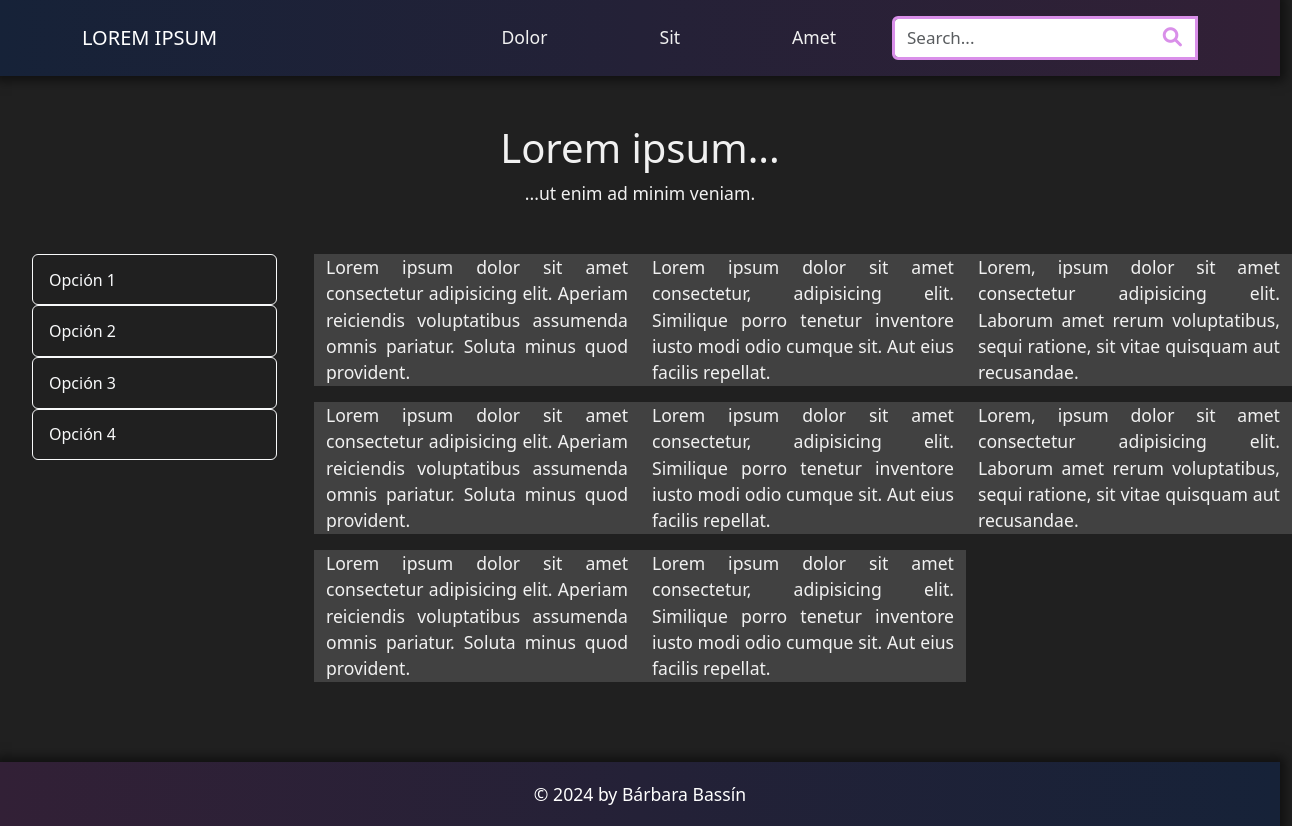
Repository: romancegirl/responsiveness
Page: index.html
The author's editor kept a copy of each file at every save. The page is drawn from the files as they stood at one save, then again after the next save.
The browser window is 1280 px wide. The page is 1292 px wide, so the pictures cover 1292 px, including what lies to the right of the window. The pictures show the whole page.

Above is the page before, as saved 2024-11-29 21:32:47.

### index.html
<!DOCTYPE html>
<html lang="en">

<head>
    <meta charset="UTF-8">
    <meta name="viewport" content="width=device-width, initial-scale=1.0">
    <title>Responsiveness - Bárbara Bassín</title>
    <link href="https://cdn.jsdelivr.net/npm/bootstrap@5.3.0/dist/css/bootstrap.min.css" rel="stylesheet">
    <link rel="stylesheet" href="https://cdnjs.cloudflare.com/ajax/libs/font-awesome/6.0.0-beta3/css/all.min.css">
    <link rel="stylesheet" href="css/header-and-footer.css">
    <link rel="stylesheet" href="css/styles.css">
</head>

<body>
    <!-- Header -->
    <header class="py-2">
        <div class="container d-flex align-items-center justify-content-between" id="profile">
            <h5 class="m-0">LOREM IPSUM</h5>
            <nav class="navbar navbar-expand-lg">
                <button class="navbar-toggler" type="button" data-bs-toggle="collapse" data-bs-target="#navbarNav"
                    aria-controls="navbarNav" aria-expanded="false" aria-label="Toggle navigation">
                    <i class="fas fa-bars"></i>
                </button>
                <div class="collapse navbar-collapse" id="navbarNav">
                    <ul class="navbar-nav">
                        <li class="nav-item"><a class="nav-link">Dolor</a></li>
                        <li class="nav-item"><a class="nav-link">Sit</a></li>
                        <li class="nav-item"><a class="nav-link">Amet</a></li>
                        <li class="nav-item dropdown d-lg-none">
                            <a class="nav-link dropdown-toggle" href="#" id="dropdownMenuButton" role="button"
                                data-bs-toggle="dropdown" aria-expanded="false">
                                Opciones
                            </a>
                            <ul class="dropdown-menu" aria-labelledby="dropdownMenuButton">
                                <li><button type="button" class="dropdown-item">Opción 1</button></li>
                                <li><button type="button" class="dropdown-item">Opción 2</button></li>
                                <li><button type="button" class="dropdown-item">Opción 3</button></li>
                                <li><button type="button" class="dropdown-item">Opción 4</button></li>
                            </ul>
                        </li>
                        <li>
                            <div class="search-container">
                                <form action="/action_page.php">
                                    <div class="input-group">
                                        <input type="text" class="form-control" placeholder="Search..." name="search">
                                        <button type="submit" class="btn">
                                            <i class="fa fa-search"></i>
                                        </button>
                                    </div>
                                </form>
                            </div>
                        </li>
                    </ul>
                </div>
            </nav>
        </div>
    </header>



    <!-- Main -->
    <main class="containerMain my-5">
        <div>
            <h1>Lorem ipsum...</h1>
            <div id="textCarousel" class="carousel slide" data-bs-ride="carousel" data-bs-interval="2000">
                <div class="carousel-inner">
                    <div class="carousel-item active">
                        <p>...olor sit amet, consectetur adipiscing elit...</p>
                    </div>
                    <div class="carousel-item">
                        <p>...sed do eiusmod tempor incididunt ut labore...</p>
                    </div>
                    <div class="carousel-item">
                        <p>...ut enim ad minim veniam.</p>
                    </div>
                </div>
            </div>
        </div>


        <div class="containerMain inside">
            <div class="row">
                <div class="col-lg-3 d-none d-lg-block" id="options">
                    <ul>
                        <li><button type="button" class="btn btn-outline-light">Opción 1</button></li>
                        <li><button type="button" class="btn btn-outline-light">Opción 2</button></li>
                        <li><button type="button" class="btn btn-outline-light">Opción 3</button></li>
                        <li><button type="button" class="btn btn-outline-light">Opción 4</button></li>
                    </ul>
                </div>
                <div class="col-lg-9 col-md-12" id="paragraphs">
                    <div class="row">
                        <div class="col-6 col-md-4 paragraph">Lorem ipsum dolor sit amet consectetur adipisicing elit.
                            Aperiam reiciendis voluptatibus assumenda omnis pariatur. Soluta minus quod provident.
                        </div>
                        <div class="col-6 col-md-4 paragraph">Lorem ipsum dolor sit amet consectetur, adipisicing elit.
                            Similique porro
                            tenetur inventore iusto modi odio cumque sit. Aut eius facilis repellat.</div>
                        <div class="col-6 col-md-4 paragraph">Lorem, ipsum dolor sit amet consectetur adipisicing elit.
                            Laborum
                            amet rerum
                            voluptatibus, sequi ratione, sit vitae quisquam aut recusandae.</div>
                        <div class="col-6 col-md-4 paragraph">Lorem ipsum dolor sit amet consectetur adipisicing elit.
                            Aperiam
                            reiciendis
                            voluptatibus assumenda omnis pariatur. Soluta minus quod provident.</div>
                        <div class="col-6 col-md-4 paragraph">Lorem ipsum dolor sit amet consectetur, adipisicing elit.
                            Similique porro
                            tenetur inventore iusto modi odio cumque sit. Aut eius facilis repellat.</div>
                        <div class="col-6 col-md-4 paragraph">Lorem, ipsum dolor sit amet consectetur adipisicing elit.
                            Laborum
                            amet rerum
                            voluptatibus, sequi ratione, sit vitae quisquam aut recusandae.</div>
                        <div class="col-6 col-md-4 paragraph">Lorem ipsum dolor sit amet consectetur adipisicing elit.
                            Aperiam
                            reiciendis
                            voluptatibus assumenda omnis pariatur. Soluta minus quod provident.</div>
                        <div class="col-6 col-md-4 paragraph">Lorem ipsum dolor sit amet consectetur, adipisicing elit.
                            Similique porro
                            tenetur inventore iusto modi odio cumque sit. Aut eius facilis repellat.</div>
                    </div>
                </div>
            </div>
        </div>
    </main>

    <!-- Footer -->
    <footer class="bg-dark text-center py-2">
        <div>&copy; 2024 by Bárbara Bassín</div>
    </footer>
    <script src="js/script.js"></script>
    <script src="https://cdn.jsdelivr.net/npm/bootstrap@5.3.0/dist/js/bootstrap.bundle.min.js"></script>
</body>

</html>

### css/header-and-footer.css
header {
    background: linear-gradient(to right, #162238, #322036);
    color: #fff;
    position: relative;
    box-shadow: 0 0 10px 5px rgba(0, 0, 0, 0.5);
}

main {
    min-height: 70vh;
    padding-bottom: 1rem;
    box-sizing: border-box;
}

a.nav-link {
    color: #f1f1f1;
}

a.nav-link:hover {
    color: #f6c7de;
    transition: color 0.3s, text-shadow 0.3s;
    transform: scale(1.05);
}

.search-container {
    display: flex;
    justify-content: center;
    align-items: center;
    position: relative;
}

.input-group .form-control {
    padding-right: 2.5rem;
    font-size: 17px;
    border: 0.2rem solid #d98fe9;
}

.input-group .btn {
    position: absolute;
    right: 1rem;
    top: 50%;
    transform: translateY(-50%);
    background-color: transparent;
    border: none;
    padding: 0;
    cursor: pointer;
}

.input-group .btn .fa-search {
    color: #d98fe9;
    font-size: 1.2rem;
}

.navbar-nav .nav-item {
    margin: 0 3rem 0 3rem;
}


/* navbar-toggle */

.navbar-toggler {
    border-color: #fff;
}

.navbar-toggler .fas {
    color: #fff;
    /* Cambia el color del ícono */
}

.navbar-collapse {
    justify-content: flex-end;
}

.navbar-toggler:hover {
    cursor: pointer;
}

.navbar-toggler:focus {
    outline: none;
    box-shadow: none;
}

@media (max-width: 995px) {

    .navbar-collapse {
        display: none;
        position: absolute;
        top: 119%;
        left: -190px;
        width: 100%;
        z-index: 999;
        flex-direction: column-reverse;
        align-items: center;
    }

    .navbar-collapse.show {
        display: flex;
    }

    .navbar {
        width: 60%;
    }

    .navbar-nav {
        background: linear-gradient(to right, #162238fd, #322036fd);
        color: #fff;
        padding: 1.5rem;
        border-radius: 0 0 50px 50px;
        font-weight: bold;
        text-align: center;
        box-shadow: 0 0 10px 5px rgba(0, 0, 0, 0.5);

    }

    .navbar-nav:hover {
        cursor: pointer;

    }

    a.nav-link:hover {
        color: #f6c7de;
        transition: color 0.3s, text-shadow 0.3s;
        transform: scale(1.05);
    }

    .navbar-nav .nav-item {
        margin: 10px 0;
    }

    .navbar a {
        float: none;
        display: block;
        text-align: center;
        width: 100%;
        margin: 0;
        padding: 0.5rem;
    }

    .navbar .search-container {
        float: none;
    }

    .navbar .search-container button {
        align-items: right;
    }

    .navbar input[type=text] {
        border-radius: 0.2rem;
        border: 0.2rem solid #d98fe9;
    }

}


@media (max-width: 768px) {

    .navbar-collapse {
        display: none;
        position: absolute;
        top: 119%;
        left: -140px;
        width: 100%;
        z-index: 999;
        flex-direction: column-reverse;
        align-items: center;
    }


}


footer {
    background: linear-gradient(to right, #322036, #162238);
    color: #fff;
    bottom: 0;
    min-height: 4rem;
    display: flex;
    justify-content: center;
    align-items: center;
    box-shadow: 0 0 10px 5px rgba(0, 0, 0, 0.5);
}

### css/styles.css
body {
    background-color: #202020;
    color: #f1f1f1;
    font-size: 110%;
}


.container-main {
    padding: 0;
    margin: 0;
}

h1 {
    text-align: center;
}


h5 {
    margin: 0;
}

/* General */

#textCarousel {
    width: 40rem;
    margin: auto;
}

p {
    text-align: center;
}

.row {
    text-align: justify;
}

.paragraph {
margin-bottom: 1rem;
background-color: #414141;
}

.inside {
    margin-top: 2rem;
}

.btn-outline-light {
    padding: 0.8rem 10rem 0.8rem 1rem;
}

li {
    list-style: none;
}



/* Responsiveness */


@media screen and (max-width: 1400px) {

    .title-large,
    .title-x-small {
        display: none;
    }

    .title-small {
        display: block;
    }
}

@media screen and (max-width: 768px) {


    #textCarousel {
        max-width: 90%; /* Usa un tamaño relativo en lugar de fijo */
    }
}

### js/script.js
document.addEventListener('click', function(event) {
    var navbar = document.querySelector('.navbar-collapse');
    var toggler = document.querySelector('.navbar-toggler');

    // Si el menú está abierto y se hace clic fuera de él, lo cierra
    if (navbar.classList.contains('show') && !navbar.contains(event.target) && !toggler.contains(event.target)) {
        var bsCollapse = new bootstrap.Collapse(navbar, {
            toggle: false
        });
        bsCollapse.hide();
    }
});

After the next save:
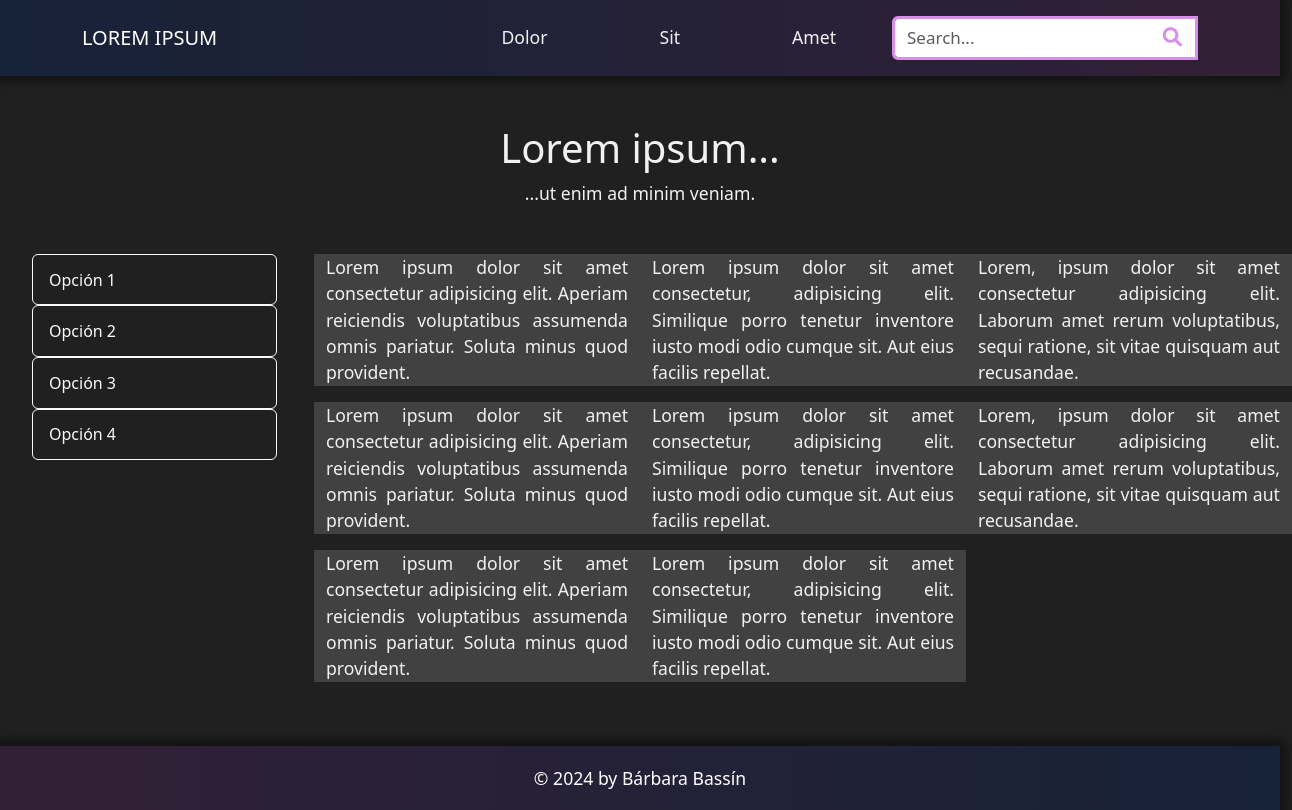
Saved 17 s later.
--- a/css/styles.css
+++ b/css/styles.css
@@ -5,7 +5,7 @@ body {
 }
 
 
-.container-main {
+.containerMain {
     padding: 0;
     margin: 0;
 }
